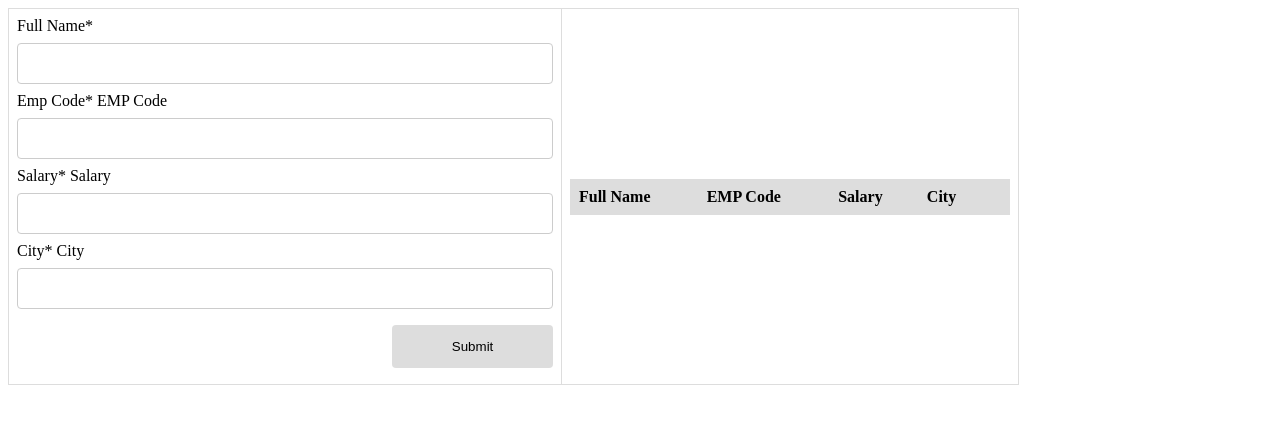
Repository: JohnRudolph1/CRUD-App
Page: index.html
The author's editor kept a copy of each file at every save. The page is drawn from the files as they stood at one save, then again after a run of saves.
The browser window is 1280 px wide. The pictures show the whole page.

Above is the page before, as saved 2021-12-10 22:58:22.

### index.html
<!DOCTYPE html>
<html>

<head>
    <title>
        Html CRUD with Pure JavaScript
    </title>
    <link rel="stylesheet" href="stylles.css">
</head>

<body>
    <table>
        <tr>
            <td>
                <form onsubmit="event.preventDefault();onFormSubmit();" autocomplete="off">
                    <div>
                        <label>Full Name*</label><label class="validation-error hide" id="fullNameValidationError">This
                            field is required.</label>
                        <input type="text" name="fullName" id="fullName">
                    </div>
                    <div>
                        <label>Emp Code*</label><label class="validation-error hide" id="empCodeValidationError">This
                            field is required.</label>
                        <label>EMP Code</label>
                        <input type="text" name="empCode" id="empCode">
                    </div>
                    <div>
                        <label>Salary*</label><label class="validation-error hide" id="salaryValidationError">This
                            field is required.</label>
                        <label>Salary</label>
                        <input type="text" name="salary" id="salary">
                    </div>
                    <div>
                        <label>City*</label><label class="validation-error hide" id="cityValidationError">This
                            field is required.</label>
                        <label>City</label>
                        <input type="text" name="city" id="city">
                    </div>
                    <div class="form-action-buttons">
                        <input type="submit" value="Submit">
                    </div>
                </form>
            </td>
            <td>
                <table class="list" id="employeeList">
                    <thead>
                        <tr>
                            <th>Full Name</th>
                            <th>EMP Code</th>
                            <th>Salary</th>
                            <th>City</th>
                            <th></th>
                        </tr>
                    </thead>
                    <tbody>

                    </tbody>
                </table>
            </td>
        </tr>
    </table>
    <script src="script.js"></script>
</body>

</html>

### stylles.css
body > table {
  width: 80%;
}

table {
  border-collapse: collapse;
}
table.list {
  width: 100%;
}

td,
th {
  border: 1px solid #dddddd;
  text-align: left;
  padding: 8px;
}
tr:nth-child(even),
table.list thead > tr {
  background-color: #dddddd;
}

input[type="text"],
input[type="number"] {
  width: 100%;
  padding: 12px 20px;
  margin: 8px 0;
  display: inline-block;
  border: 1px solid #ccc;
  border-radius: 4px;
  box-sizing: border-box;
}

input[type="submit"] {
  width: 30%;
  background-color: #ddd;
  color: #000;
  padding: 14px 20px;
  margin: 8px 0;
  border: none;
  border-radius: 4px;
  cursor: pointer;
}

form div.form-action-buttons {
  text-align: right;
}

a {
  cursor: pointer;
  text-decoration: underline;
  color: #0000ee;
  margin-right: 4px;
}

label.validation-error {
  color: red;
  margin-left: 5px;
}

.hide {
  display: none;
}

### script.js
var selectedRow = null;

function onFormSubmit() {
  if (validate()) {
    var formData = readFormData();
    if (selectedRow == null) insertNewRecord(formData);
    else updateRecord(formData);
    resetForm();
  }
}

function readFormData() {
  var formData = {};
  formData["fullName"] = document.getElementById("fullName").value;
  formData["empCode"] = document.getElementById("empCode").value;
  formData["salary"] = document.getElementById("salary").value;
  formData["city"] = document.getElementById("city").value;
  return formData;
}

function insertNewRecord(data) {
  var table = document
    .getElementById("employeeList")
    .getElementsByTagName("tbody")[0];
  var newRow = table.insertRow(table.length);
  cell1 = newRow.insertCell(0);
  cell1.innerHTML = data.fullName;
  cell2 = newRow.insertCell(1);
  cell2.innerHTML = data.empCode;
  cell3 = newRow.insertCell(2);
  cell3.innerHTML = data.salary;
  cell4 = newRow.insertCell(3);
  cell4.innerHTML = data.city;
  cell4 = newRow.insertCell(4);
  cell4.innerHTML = `<a onClick="onEdit(this)">Edit</a>
                       <a onClick="onDelete(this)">Delete</a>`;
}

function resetForm() {
  document.getElementById("fullName").value = "";
  document.getElementById("empCode").value = "";
  document.getElementById("salary").value = "";
  document.getElementById("city").value = "";
  selectedRow = null;
}

function onEdit(td) {
  selectedRow = td.parentElement.parentElement;
  document.getElementById("fullName").value = selectedRow.cells[0].innerHTML;
  document.getElementById("empCode").value = selectedRow.cells[1].innerHTML;
  document.getElementById("salary").value = selectedRow.cells[2].innerHTML;
  document.getElementById("city").value = selectedRow.cells[3].innerHTML;
}
function updateRecord(formData) {
  selectedRow.cells[0].innerHTML = formData.fullName;
  selectedRow.cells[1].innerHTML = formData.empCode;
  selectedRow.cells[2].innerHTML = formData.salary;
  selectedRow.cells[3].innerHTML = formData.city;
}

function onDelete(td) {
  if (confirm("Are you sure to delete this record ?")) {
    row = td.parentElement.parentElement;
    document.getElementById("employeeList").deleteRow(row.rowIndex);
    resetForm();
  }
}
function validate() {
  isValid = true;
  if (document.getElementById("fullName").value == "") {
    isValid = false;
    document.getElementById("fullNameValidationError").classList.remove("hide");
  } else {
    isValid = true;
    if (
      !document
        .getElementById("empCodeValidationError")
        .classList.contains("hide")
    )
      document.getElementById("empCodeValidationError").classList.add("hide");
  }
  return isValid;
}
// function validate() {
//     isValid = true;
//     if (document.getElementById("salary").value == "") {
//       isValid = false;
//       document.getElementById("salaryValidationError").classList.remove("hide");
//     } else {
//       isValid = true;
//       if (
//         !document
//           .getElementById("salaryValidationError")
//           .classList.contains("hide")
//       )
//         document.getElementById("salaryValidationError").classList.add("hide");
//     }
//     return isValid;
//   }
//   function validate() {
//     isValid = true;
//     if (document.getElementById("city").value == "") {
//       isValid = false;
//       document.getElementById("cityValidationError").classList.remove("hide");
//     } else {
//       isValid = true;
//       if (
//         !document
//           .getElementById("cityValidationError")
//           .classList.contains("hide")
//       )
//         document.getElementById("cityValidationError").classList.add("hide");
//     }
//     return isValid;
//   }
//   function validate() {
//     isValid = true;
//     if (document.getElementById("fullName").value == "") {
//       isValid = false;
//       document.getElementById("fullNameValidationError").classList.remove("hide");
//     } else {
//       isValid = true;
//       if (
//         !document
//           .getElementById("fullNameValidationError")
//           .classList.contains("hide")
//       )
//         document.getElementById("fullNameValidationError").classList.add("hide");
//     }
//     return isValid;
//   }

After the next 2 saves:
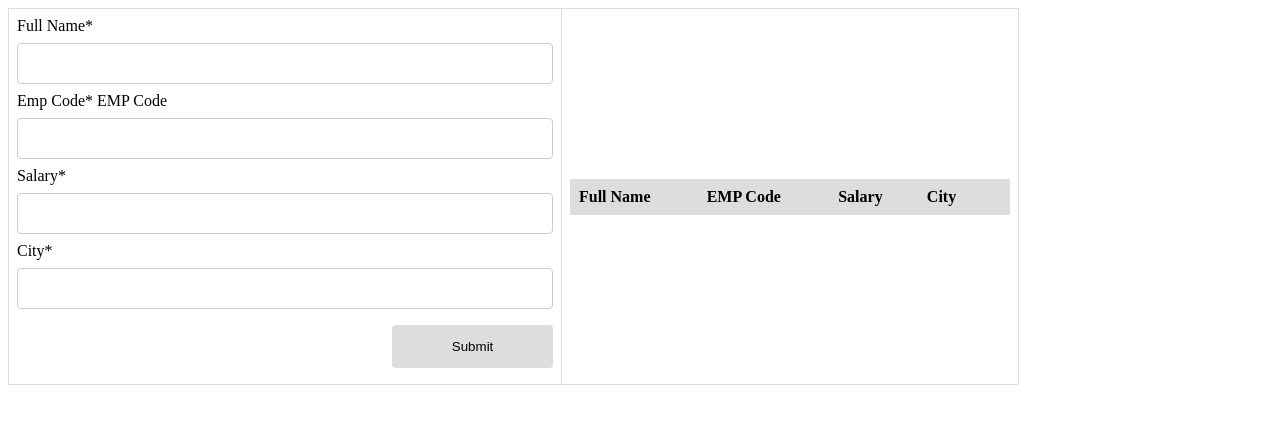
The 2 saves are shown as one change because they came seconds apart.
The last was saved 7 s later.
--- a/index.html
+++ b/index.html
@@ -27,13 +27,13 @@
                     <div>
                         <label>Salary*</label><label class="validation-error hide" id="salaryValidationError">This
                             field is required.</label>
-                        <label>Salary</label>
+
                         <input type="text" name="salary" id="salary">
                     </div>
                     <div>
                         <label>City*</label><label class="validation-error hide" id="cityValidationError">This
                             field is required.</label>
-                        <label>City</label>
+
                         <input type="text" name="city" id="city">
                     </div>
                     <div class="form-action-buttons">
